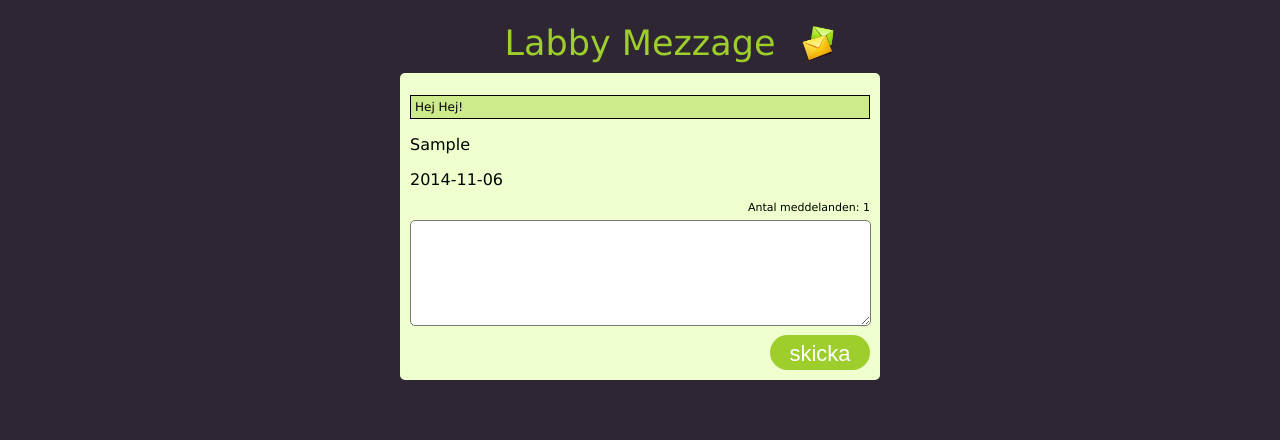
Repository: ad222kr/1dv403-laborationer
Page: 2-labbymezzage/index.html
The author's editor kept a record of every edit. The page is drawn from the files as they stood at one moment, then again after the next edit.
The browser window is 1280 px wide. The pictures show the whole page.
Empty fields were first filled with sample values (such as "Sample", 5 or name@example.com).
After loading, the first visible `#button` was clicked once.

Above is the page before.

### 2-labbymezzage/index.html
<!DOCTYPE HTML>
<html lang="sv">
    <head>
        <meta charset="UTF-8" />
        <title>Laboration 2 - Labby Mezzage!</title>
        <link rel="stylesheet" href="css/style.css" />
        <script src="js/Message.js"></script>
        <script src="js/MessageBoard.js"></script>

    </head>

    <body>
        <div id ="container">
            <header><h1>Labby Mezzage</h1></header>
            <div id="content">
                <div id="messages"><p class="message">Hej Hej!</p></div>

                <div id="numberofmess"><p>Antal meddelanden: 1</p></div>
                <form id="form">
                    <textarea id="textarea" name="textarea"></textarea>
                <button id="button" type="button">skicka</button>
                </form>





            </div>
        </div>

    </body>
</html>

### 2-labbymezzage/css/style.css
body{
    background-color: #2E2633; /* Ändra sen */
    font-family: Verdana, Helvetica;

}

h1{

    color:#9dce2c;
    font-size: 35px;
    font-weight: normal;
}
p{
    color: black;
}

header{
    background-image: url("pics/logo.png");
    background-size: 35px 35px;
    background-repeat: no-repeat;
    background-position: 90%;
    text-align: center;
    height: 40px;
    line-height: 40px;
    margin-bottom:10px;
}

#container{
    width: 480px;
    margin: 0px auto;
}

#content{
    background: #EFFFCD;
    border-color: #000000;
    padding: 10px;
    border-radius: 5px;
    -webkit-border-radius: 5px;
    -moz-border-radius: 5px;


}

#content textarea{
    width: 455px;
    height: 100px;
    -webkit-border-radius: 5px;
    -moz-border-radius: 5px;
    border-radius: 5px;
    margin-top:20px;
}

#button{
    border: 0px;
	background-color:#9dce2c;
	-webkit-border-top-left-radius:42px;
	-moz-border-radius-topleft:42px;
	border-top-left-radius:42px;
	-webkit-border-top-right-radius:42px;
	-moz-border-radius-topright:42px;
	border-top-right-radius:42px;
	-webkit-border-bottom-right-radius:42px;
	-moz-border-radius-bottomright:42px;
	border-bottom-right-radius:42px;
	-webkit-border-bottom-left-radius:42px;
	-moz-border-radius-bottomleft:42px;
	border-bottom-left-radius:42px;
	display:inline-block;
	color:#ffffff;
	font-size:22px;
	font-weight:normal;
	font-style:normal;
	height:35px;
	line-height:35px;
	width:100px;
	text-decoration:none;
	text-align:center;
	margin-left: 360px;
	margin-top: 5px;
}

#button:hover{
    background:-webkit-gradient( linear, left top, left bottom, color-stop(0.05, #8cb82b), color-stop(1, #9dce2c) );
	background:-moz-linear-gradient( center top, #8cb82b 5%, #9dce2c 100% );
	background-color:#8cb82b;
}

#button:active{
    position: relative;
    top: 1px;
}

#numberofmess{
    color: black;
    font-size: 11px;
    float: right;
    margin-bottom: -25px;
}

#messages{
    margin-bottom: -15px;
}

.message{
    margin-bottom: 5px;
    font-size: 12px;
    border: solid 1px;
    background: #cdeb8b;
    padding: 4px;
}

### 2-labbymezzage/js/Message.js
"use strict";
function Message(message, date){


    this.getText = function(){
        return message;
    };
    this.setText = function(_text){
        message = _text;
    };
    this.getDate = function(){
        return date;
    };
    this.setDate = function(_date){
        date = _date;
    };
}

Message.prototype.getDateText = function(){
    // Hittade på http://stackoverflow.com/a/3067896

    var date = this.getDate();
    var year = date.getFullYear().toString();
    var month = (date.getMonth()+1).toString();
    var day  = date.getDate().toString();
    var dateText = year + "-" + (month.length === 2  ? month : "0" + month[0]) + "-" +(day.length === 2 ? day : "0" + day[0]);
    return dateText;

};
Message.prototype.toString = function(){
    return this.getText() +" (" + this.getDate() + " )";
};
Message.prototype.getHTMLtext = function(){
    var htmlText = this.getText();
    return htmlText.replace(/\n/g, "<br />");
};

### 2-labbymezzage/js/MessageBoard.js
"use strict";
var MessageBoard = {


    messages: [],

    init: function(){

        var button = document.getElementById("button");



        button.addEventListener("click", MessageBoard.createMessage, false);
        button.addEventListener("click", MessageBoard.messageCount, false);

    },

    messageCount: function(){

        var count = MessageBoard.messages.length;
        var div = document.getElementById("numberofmess");
        div.innerHTML = "";
        var text = document.createElement("p");
        text.innerHTML = "Antal meddelanden: " + count;
        div.appendChild(text);

    },

    createMessage: function(){

        var input = document.getElementById("textarea").value;
        var mess = new Message(input, new Date());
        MessageBoard.messages.push(mess);
        MessageBoard.renderMessage(MessageBoard.messages.length - 1);

        document.getElementById("form").reset();
        return false;
    },

    renderMessage: function(messageID){
        // Sätter ref till #messages, skapar p-tag och sätter klass till .message
        var div = document.getElementById("messages");
        var messageDiv = document.createElement("class");
        var text = document.createElement("p");
        var time = document.createElement("p");
        messageDiv.id = "message";
        text.className = "msgtext";
        time.className = "timestamp";
        div.appendChild(messageDiv);
        messageDiv.appendChild(text);
        messageDiv.appendChild(time);


        //Skickar in meddelandet till dokumentet
        text.innerHTML = MessageBoard.messages[messageID].getHTMLtext();
        time.innerHTML = MessageBoard.messages[messageID].getDateText();

    },

    renderMessages: function(){
        // Resettar och skriver ut alla meddelanden
        document.getElementById("messages").innerHTML ="";
        for(var i = 0; i < MessageBoard.messages.length; i++){
            MessageBoard.renderMessage(i);
        }
    }
};

window.onload = MessageBoard.init;

After the next edit:
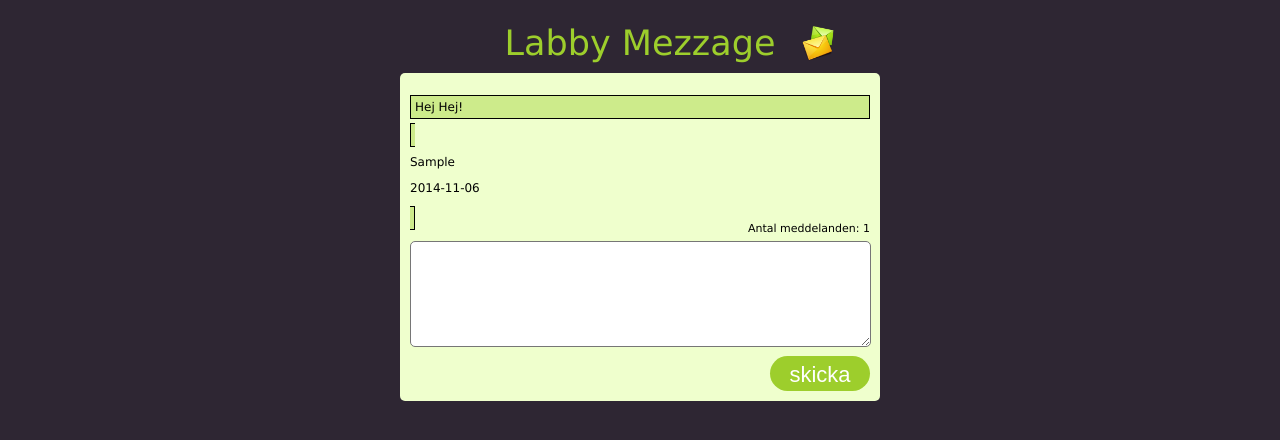
The edit:
--- a/2-labbymezzage/js/MessageBoard.js
+++ b/2-labbymezzage/js/MessageBoard.js
@@ -43,7 +43,7 @@
         var messageDiv = document.createElement("class");
         var text = document.createElement("p");
         var time = document.createElement("p");
-        messageDiv.id = "message";
+        messageDiv.className = "message";
         text.className = "msgtext";
         time.className = "timestamp";
         div.appendChild(messageDiv);
